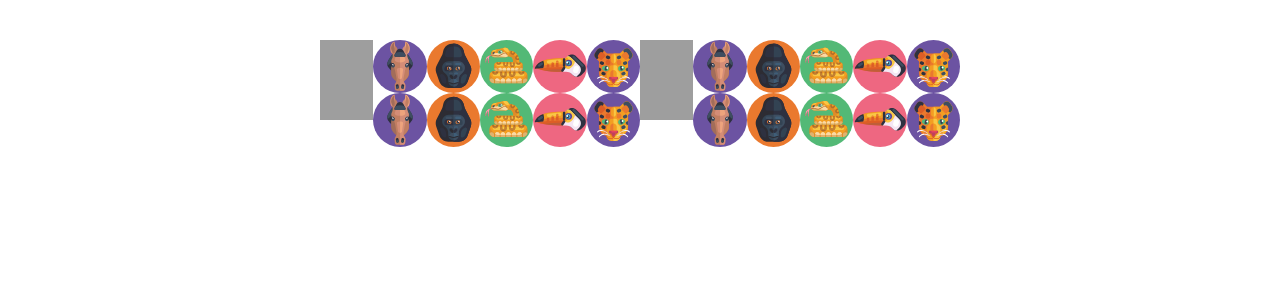
Repository: LeviUmr/JogoDaMemoria
Page: index.html
An editor plug-in stored every save of this project. The page is shown before and after a run of saves, followed by the edit.
The browser window is 1280 px wide. The pictures show the whole page.
Pictures or frames that could not be fetched are drawn as grey boxes.

Above is the page before, as saved 2020-09-16 19:53:44.

### index.html
<html lang="en">
<head>
    <meta charset="UTF-8">
    <meta name="viewport" content="width=device-width, initial-scale=1.0">
    <title>Jogo da Memoria</title>
    <link rel="stylesheet" href="style.css">
</head>
<body>

    <div id="cardboard"></div>
    <script src="main.js" ></script>
</body>
</html>

### style.css
*{
    padding: 0;
    margin: 0;
    box-sizing: border-box;
}
body{
    height: 100vh;
    display: flex;
}

#cardboard{
    width:640px;
    height:640px ;
    margin:auto;
    display: flex;
}

.memory-card{
    width: 25%;
    height: 33%;
}

.front,
.back{
    background: ;
    width: 100%;

}

### main.js
const cardBoard = document.querySelector("#cardBoard")

const images = [
    '001-cat.svg','002-horse.svg','003-gorilla.svg','004-snake.svg','005-toucan.svg', '006-jaguar.svg',

];

let HTML = '';

images.forEach(img =>{
    HTML += `
    <div class="memory-card">
        <img class="front" src= "images/${img}">
        <img class="back" src= "images/${img}">

    </div>
    `
})

cardBoard.innerHTML = HTML + HTML;

//Ícones feitos por <a href="https://www.flaticon.com/br/autores/dighital" title="Dighital">Dighital</a> from <a href="https://www.flaticon.com/br/" title="Flaticon"> www.flaticon.com</a>

After the next 2 saves:
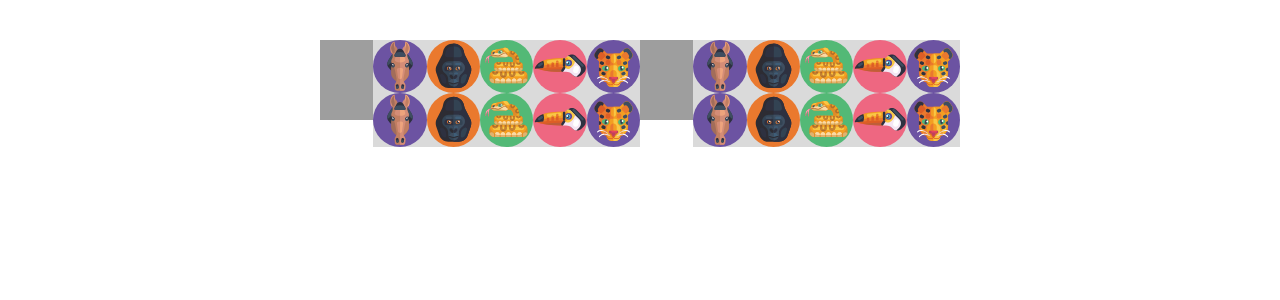
The 2 saves are shown as one change because they came seconds apart.
The last was saved 21 s later.
--- a/style.css
+++ b/style.css
@@ -22,7 +22,7 @@ body{
 
 .front,
 .back{
-    background: ;
+    background: #dadada;
     width: 100%;
 
 }
